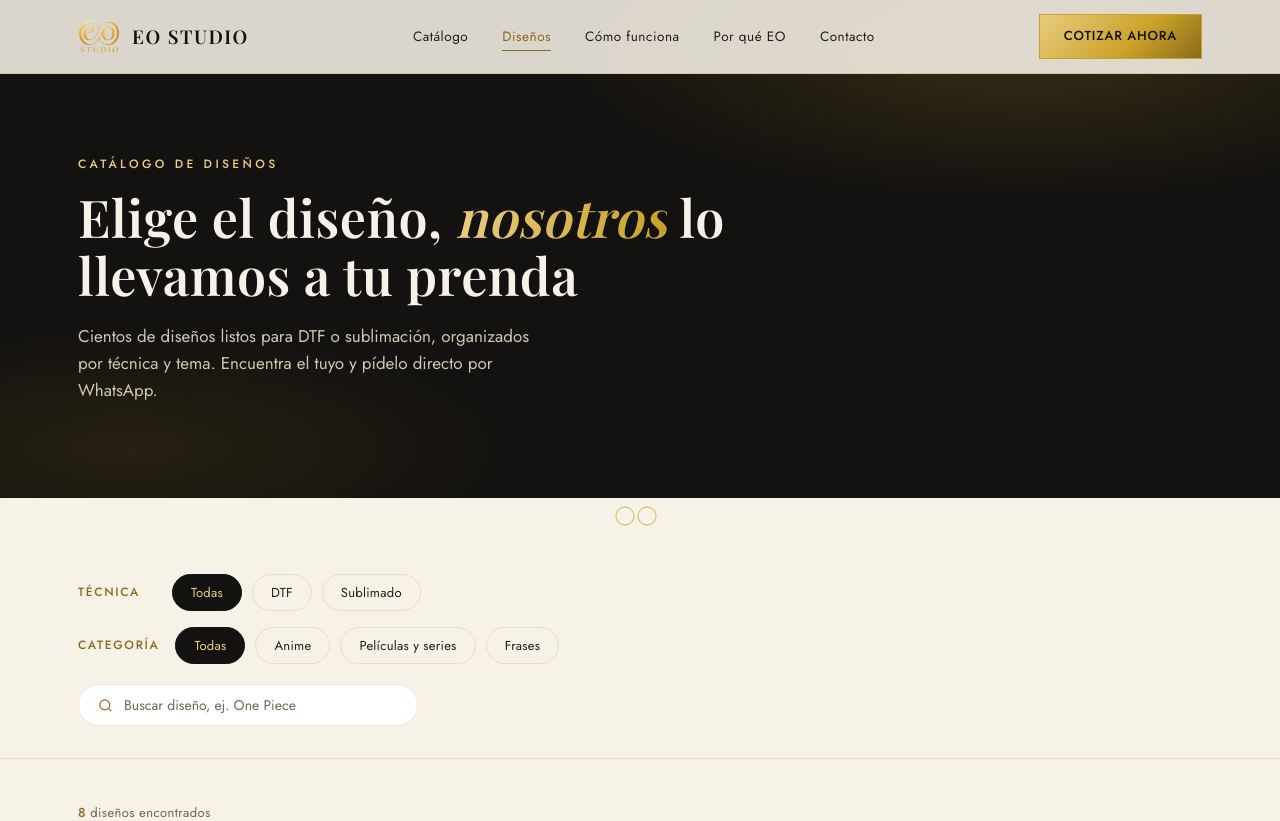
Repository: JAVIERYESE/EO_STUDIO
Page: disenos.html
These files come from the project's save history. The page is drawn as it stood at one moment and after the next save; the edit follows.
The browser window is 1280 px wide. The pictures show the part of the page from y = 0 to 821 px (the page is 2596 px tall before and 2564 px after).
Pictures or frames that could not be fetched are drawn as grey boxes. Some web fonts or font styles are not loaded; a fallback is used.

Above is the page before, as saved 2026-08-30 11:38:17.

### disenos.html
<!DOCTYPE html>
<html lang="es">
<head>
<meta charset="UTF-8">
<meta name="viewport" content="width=device-width, initial-scale=1.0">
<title>Catálogo de Diseños — EO Studio</title>
<meta name="description" content="Explora los diseños disponibles en EO Studio para DTF o sublimación: anime, personajes, frases y más.">
<link rel="icon" type="image/png" href="imagenes/logo-120.png">
<link rel="preconnect" href="https://fonts.googleapis.com">
<link rel="preconnect" href="https://fonts.gstatic.com" crossorigin>
<link href="https://fonts.googleapis.com/css2?family=Playfair+Display:ital,wght@0,500;0,600;0,700;1,500&family=Jost:wght@300;400;500;600&display=swap" rel="stylesheet">
<link rel="stylesheet" href="styles.css">
<link rel="stylesheet" href="disenos.css">
</head>
<body>

<header>
  <div class="nav">
    <a class="brand" href="index.html#top">
      <img src="imagenes/logo-120.png" alt="EO Studio">
      <span>EO STUDIO</span>
    </a>
    <nav class="nav-links">
      <a href="index.html#catalogo">Catálogo</a>
      <a href="disenos.html" class="is-current">Diseños</a>
      <a href="index.html#proceso">Cómo funciona</a>
      <a href="index.html#nosotros">Por qué EO</a>
      <a href="index.html#contacto">Contacto</a>
    </nav>
    <div class="nav-cta">
      <a class="btn btn-gold" href="index.html#contacto">Cotizar ahora</a>
      <button class="menu-toggle" aria-label="Abrir menú"><span></span><span></span><span></span></button>
    </div>
  </div>
</header>

<!-- ===== HERO DISEÑOS ===== -->
<section class="hero disenos-hero" id="top">
  <div class="wrap">
    <span class="eyebrow hero-eyebrow">Catálogo de diseños</span>
    <h1>Elige el diseño, <em>nosotros</em> lo llevamos a tu prenda</h1>
    <p class="lead">Cientos de diseños listos para DTF o sublimación, organizados por técnica y tema. Encuentra el tuyo y pídelo directo por WhatsApp.</p>
  </div>
</section>

<div class="loop-divider">
  <svg viewBox="0 0 64 24" fill="none"><path d="M8 12c0-5 4-9 9-9s9 4 9 9-4 9-9 9-9-4-9-9Zm22 0c0-5 4-9 9-9s9 4 9 9-4 9-9 9-9-4-9-9" stroke="#C9A227" stroke-width="1.4"/></svg>
</div>

<!-- ===== FILTROS ===== -->
<section class="filtros-section">
  <div class="wrap">

    <div class="filtro-grupo">
      <span class="filtro-label">Técnica</span>
      <div class="filtro-chips" data-filter-group="tecnica">
        <button class="chip is-active" data-value="todas">Todas</button>
        <button class="chip" data-value="dtf">DTF</button>
        <button class="chip" data-value="sublimado">Sublimado</button>
      </div>
    </div>

    <div class="filtro-grupo">
      <span class="filtro-label">Categoría</span>
      <div class="filtro-chips" data-filter-group="categoria">
        <button class="chip is-active" data-value="todas">Todas</button>
        <button class="chip" data-value="anime">Anime</button>
        <button class="chip" data-value="peliculas-series">Películas y series</button>
        <button class="chip" data-value="frases">Frases</button>
      </div>
    </div>

    <div class="filtro-buscador">
      <svg viewBox="0 0 24 24" fill="none" stroke="currentColor" stroke-width="1.6"><circle cx="11" cy="11" r="7"/><path d="m20 20-3.5-3.5"/></svg>
      <input type="text" id="buscador" placeholder="Buscar diseño, ej. One Piece">
    </div>

  </div>
</section>

<!-- ===== GRID DE DISEÑOS ===== -->
<section class="disenos-section">
  <div class="wrap">

    <p class="contador"><span id="contador-num">8</span> diseños encontrados</p>

    <div class="disenos-grid" id="disenos-grid">

      <!-- Tarjeta 1 -->
      <article class="diseno-card" data-tecnica="dtf sublimado" data-categoria="anime" data-nombre="one piece luffy gear 5">
        <div class="diseno-img">
          <img src="imagenes/disenos/anime-onepiece-01.jpg" alt="Diseño One Piece - Luffy Gear 5" loading="lazy">
          <span class="badge-tecnica">DTF · Sublimado</span>
        </div>
        <div class="diseno-info">
          <span class="diseno-cat">Anime</span>
          <h3>One Piece — Luffy Gear 5</h3>
          <a class="btn btn-gold btn-sm" href="https://wa.me/573046168524?text=Hola%2C%20me%20interesa%20el%20diseño%20One%20Piece%20-%20Luffy%20Gear%205" target="_blank" rel="noopener">Pedir este diseño</a>
        </div>
      </article>

      <!-- Tarjeta 2 -->
      <article class="diseno-card" data-tecnica="dtf" data-categoria="anime" data-nombre="dragon ball goku ultra instinto">
        <div class="diseno-img">
          <img src="imagenes/disenos/anime-dragonball-01.jpg" alt="Diseño Dragon Ball - Goku Ultra Instinto" loading="lazy">
          <span class="badge-tecnica">DTF</span>
        </div>
        <div class="diseno-info">
          <span class="diseno-cat">Anime</span>
          <h3>Dragon Ball — Goku Ultra Instinto</h3>
          <a class="btn btn-gold btn-sm" href="https://wa.me/573046168524?text=Hola%2C%20me%20interesa%20el%20diseño%20Dragon%20Ball%20-%20Goku%20Ultra%20Instinto" target="_blank" rel="noopener">Pedir este diseño</a>
        </div>
      </article>

      <!-- Tarjeta 3 -->
      <article class="diseno-card" data-tecnica="sublimado" data-categoria="peliculas-series" data-nombre="stranger things logo">
        <div class="diseno-img">
          <img src="imagenes/disenos/series-strangerthings-01.jpg" alt="Diseño Stranger Things logo" loading="lazy">
          <span class="badge-tecnica">Sublimado</span>
        </div>
        <div class="diseno-info">
          <span class="diseno-cat">Películas y series</span>
          <h3>Stranger Things — Logo clásico</h3>
          <a class="btn btn-gold btn-sm" href="https://wa.me/573046168524?text=Hola%2C%20me%20interesa%20el%20diseño%20Stranger%20Things%20-%20Logo%20clásico" target="_blank" rel="noopener">Pedir este diseño</a>
        </div>
      </article>

      <!-- Tarjeta 4 -->
      <article class="diseno-card" data-tecnica="dtf sublimado" data-categoria="peliculas-series" data-nombre="los simpson bart">
        <div class="diseno-img">
          <img src="imagenes/disenos/series-simpson-01.jpg" alt="Diseño Los Simpson - Bart" loading="lazy">
          <span class="badge-tecnica">DTF · Sublimado</span>
        </div>
        <div class="diseno-info">
          <span class="diseno-cat">Películas y series</span>
          <h3>Los Simpson — Bart</h3>
          <a class="btn btn-gold btn-sm" href="https://wa.me/573046168524?text=Hola%2C%20me%20interesa%20el%20diseño%20Los%20Simpson%20-%20Bart" target="_blank" rel="noopener">Pedir este diseño</a>
        </div>
      </article>

      <!-- Tarjeta 5 -->
      <article class="diseno-card" data-tecnica="dtf" data-categoria="frases" data-nombre="frase motivacional cafe">
        <div class="diseno-img">
          <img src="imagenes/disenos/frases-cafe-01.jpg" alt="Diseño de frase motivacional con café" loading="lazy">
          <span class="badge-tecnica">DTF</span>
        </div>
        <div class="diseno-info">
          <span class="diseno-cat">Frases</span>
          <h3>"Hoy es un buen día" — Tipografía</h3>
          <a class="btn btn-gold btn-sm" href="https://wa.me/573046168524?text=Hola%2C%20me%20interesa%20el%20diseño%20de%20frase%20-%20Hoy%20es%20un%20buen%20día" target="_blank" rel="noopener">Pedir este diseño</a>
        </div>
      </article>

      <!-- Tarjeta 6 -->
      <article class="diseno-card" data-tecnica="sublimado" data-categoria="anime" data-nombre="naruto sasuke">
        <div class="diseno-img">
          <img src="imagenes/disenos/anime-naruto-01.jpg" alt="Diseño Naruto y Sasuke" loading="lazy">
          <span class="badge-tecnica">Sublimado</span>
        </div>
        <div class="diseno-info">
          <span class="diseno-cat">Anime</span>
          <h3>Naruto — Naruto &amp; Sasuke</h3>
          <a class="btn btn-gold btn-sm" href="https://wa.me/573046168524?text=Hola%2C%20me%20interesa%20el%20diseño%20Naruto%20-%20Naruto%20%26%20Sasuke" target="_blank" rel="noopener">Pedir este diseño</a>
        </div>
      </article>

      <!-- Tarjeta 7 -->
      <article class="diseno-card" data-tecnica="dtf" data-categoria="peliculas-series" data-nombre="marvel spiderman">
        <div class="diseno-img">
          <img src="imagenes/disenos/peliculas-spiderman-01.jpg" alt="Diseño Marvel Spiderman" loading="lazy">
          <span class="badge-tecnica">DTF</span>
        </div>
        <div class="diseno-info">
          <span class="diseno-cat">Películas y series</span>
          <h3>Marvel — Spiderman</h3>
          <a class="btn btn-gold btn-sm" href="https://wa.me/573046168524?text=Hola%2C%20me%20interesa%20el%20diseño%20Marvel%20-%20Spiderman" target="_blank" rel="noopener">Pedir este diseño</a>
        </div>
      </article>

      <!-- Tarjeta 8 -->
      <article class="diseno-card" data-tecnica="dtf sublimado" data-categoria="frases" data-nombre="frase mama reina">
        <div class="diseno-img">
          <img src="imagenes/disenos/frases-mama-01.jpg" alt="Diseño de frase para mamá" loading="lazy">
          <span class="badge-tecnica">DTF · Sublimado</span>
        </div>
        <div class="diseno-info">
          <span class="diseno-cat">Frases</span>
          <h3>"Mamá reina" — Corona dorada</h3>
          <a class="btn btn-gold btn-sm" href="https://wa.me/573046168524?text=Hola%2C%20me%20interesa%20el%20diseño%20de%20frase%20-%20Mamá%20reina" target="_blank" rel="noopener">Pedir este diseño</a>
        </div>
      </article>

    </div>

    <p class="sin-resultados" id="sin-resultados" hidden>No encontramos diseños con esos filtros. Prueba con otra técnica o categoría, o <a href="https://wa.me/573046168524?text=Hola%2C%20estoy%20buscando%20un%20diseño%20específico" target="_blank" rel="noopener">pregúntanos directo por WhatsApp</a>.</p>

  </div>
</section>

<!-- ===== CTA FINAL ===== -->
<section class="cta">
  <div class="wrap">
    <span class="eyebrow eyebrow-light">¿No encuentras tu diseño?</span>
    <h2>Cuéntanos qué tienes en mente y lo creamos contigo</h2>
    <p>Envíanos tu idea, personaje o frase — te mostramos el mockup antes de producir.</p>
    <div class="cta-actions">
      <a class="btn btn-gold" href="https://wa.me/573046168524" target="_blank" rel="noopener">Escribir por WhatsApp</a>
    </div>
  </div>
</section>

<footer>
  <div class="wrap">
    <div class="foot-bottom">
      <span>© 2026 EO Studio. Todos los derechos reservados.</span>
      <a href="index.html#top">Volver al inicio ↑</a>
    </div>
  </div>
</footer>

<script src="disenos.js"></script>
</body>
</html>

### disenos.css
/* ===== HERO DISEÑOS (versión compacta del hero principal) ===== */
.disenos-hero{
  padding:150px 0 60px;
  text-align:left;
}
.disenos-hero h1{
  font-size:clamp(32px, 4.4vw, 52px);
  line-height:1.12;
  color:var(--ivory);
  max-width:760px;
  margin-bottom:18px;
}
.disenos-hero h1 em{
  font-style:italic;
  background:linear-gradient(90deg, var(--gold-light), var(--gold));
  -webkit-background-clip:text; background-clip:text; color:transparent;
}
.disenos-hero .lead{
  font-size:16.5px; color:#cfc7b4; max-width:520px; margin-bottom:0;
}

/* current nav link indicator */
.nav-links a.is-current{color:var(--gold-deep);}
.nav-links a.is-current::after{transform:scaleX(1); background:var(--gold-deep);}

/* ===== FILTROS ===== */
.filtros-section{
  padding:44px 0 8px;
  background:var(--ivory);
  position:sticky;
  top:72px;
  z-index:40;
  border-bottom:1px solid var(--line);
}
.filtro-grupo{
  display:flex;
  align-items:center;
  gap:16px;
  flex-wrap:wrap;
  margin-bottom:16px;
}
.filtro-label{
  font-size:12px;
  letter-spacing:0.14em;
  text-transform:uppercase;
  color:var(--gold-deep);
  font-weight:500;
  min-width:78px;
}
.filtro-chips{display:flex; gap:10px; flex-wrap:wrap;}
.chip{
  font-family:'Jost', sans-serif;
  font-size:13px;
  letter-spacing:0.02em;
  padding:8px 18px;
  border:1px solid var(--line);
  border-radius:999px;
  background:transparent;
  color:var(--text);
  cursor:pointer;
  transition:all .2s ease;
}
.chip:hover{border-color:var(--gold);}
.chip.is-active{
  background:var(--ink);
  border-color:var(--ink);
  color:var(--gold-light);
}
.filtro-buscador{
  display:flex;
  align-items:center;
  gap:10px;
  border:1px solid var(--line);
  border-radius:999px;
  padding:10px 18px;
  max-width:340px;
  margin:20px 0 24px;
  background:#fff;
}
.filtro-buscador svg{width:17px; height:17px; color:var(--gold-deep); flex-shrink:0;}
.filtro-buscador input{
  border:none; outline:none; background:transparent;
  font-family:'Jost', sans-serif; font-size:14px; color:var(--text);
  width:100%;
}
.filtro-buscador input::placeholder{color:var(--text-muted);}

/* ===== GRID DE DISEÑOS ===== */
.disenos-section{padding:44px 0 96px;}
.contador{
  font-size:13px;
  color:var(--text-muted);
  letter-spacing:0.03em;
  margin-bottom:28px;
}
.contador #contador-num{color:var(--gold-deep); font-weight:500;}

.disenos-grid{
  display:grid;
  grid-template-columns:repeat(4, 1fr);
  gap:22px;
}
.diseno-card{
  background:var(--ivory);
  border:1.5px solid var(--gold);
  border-radius:16px;
  overflow:hidden;
  box-shadow:0 8px 20px rgba(0,0,0,0.06);
  transition:all .3s ease;
  display:flex;
  flex-direction:column;
}
.diseno-card:hover{
  transform:translateY(-6px);
  border-color:var(--gold-deep);
  box-shadow:0 16px 30px rgba(0,0,0,0.12), 0 0 12px rgba(201,162,39,0.3);
}
.diseno-img{
  position:relative;
  aspect-ratio:1/1;
  background:linear-gradient(135deg, var(--ink) 0%, #2a251d 60%, var(--ink) 100%);
  overflow:hidden;
}
.diseno-img img{
  width:100%; height:100%; object-fit:cover;
  transition:transform .4s ease;
}
.diseno-card:hover .diseno-img img{transform:scale(1.05);}
.badge-tecnica{
  position:absolute; top:12px; left:12px;
  background:rgba(20,18,16,0.78);
  color:var(--gold-light);
  font-size:10.5px;
  letter-spacing:0.06em;
  text-transform:uppercase;
  padding:5px 10px;
  border-radius:999px;
  border:1px solid rgba(201,162,39,0.4);
}
.diseno-info{
  padding:18px 18px 20px;
  display:flex;
  flex-direction:column;
  gap:8px;
  flex-grow:1;
}
.diseno-cat{
  font-size:11px;
  letter-spacing:0.1em;
  text-transform:uppercase;
  color:var(--gold-deep);
}
.diseno-info h3{
  font-size:16px;
  line-height:1.3;
  margin-bottom:6px;
}
.btn-sm{
  padding:9px 16px;
  font-size:11.5px;
  margin-top:auto;
  justify-content:center;
  width:100%;
}

.sin-resultados{
  display:block;
  text-align:center;
  padding:60px 20px;
  color:var(--text-muted);
  font-size:15px;
}
.sin-resultados a{color:var(--gold-deep); text-decoration:underline;}

/* ===== RESPONSIVE ===== */
@media (max-width:900px){
  .disenos-grid{grid-template-columns:repeat(2, 1fr);}
  .filtros-section{position:static;}
  .filtro-label{min-width:100%; margin-bottom:2px;}
}
@media (max-width:520px){
  .disenos-grid{grid-template-columns:1fr 1fr; gap:14px;}
  .diseno-info{padding:14px 12px 16px;}
  .diseno-info h3{font-size:14px;}
  .filtro-buscador{max-width:100%;}
}

Loaded but not shown: disenos.js (50 lines, source omitted); styles.css (537 lines, source omitted)

After the next save:
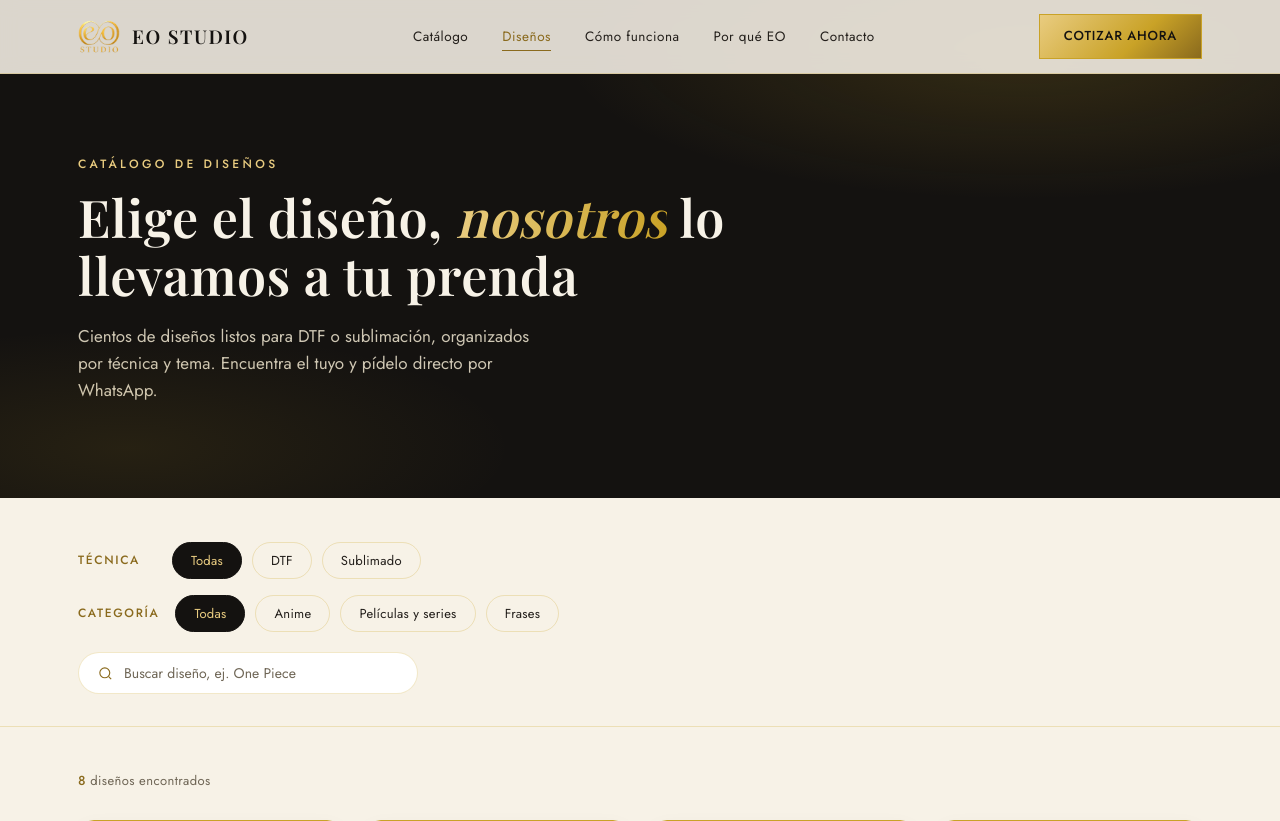
Saved 19 min 20 s later.
--- a/disenos.html
+++ b/disenos.html
@@ -43,8 +43,14 @@
   </div>
 </section>
 
-<div class="loop-divider">
-  <svg viewBox="0 0 64 24" fill="none"><path d="M8 12c0-5 4-9 9-9s9 4 9 9-4 9-9 9-9-4-9-9Zm22 0c0-5 4-9 9-9s9 4 9 9-4 9-9 9-9-4-9-9" stroke="#C9A227" stroke-width="1.4"/></svg>
+<div class="mini_infiniti-container">
+  <lottie-player
+     src="imagenes/animaciones/infiniti.json"
+     background="transparent"
+     speed="0.4"
+     loop
+     autoplay
+  </lottie-player>
 </div>
 
 <!-- ===== FILTROS ===== -->
